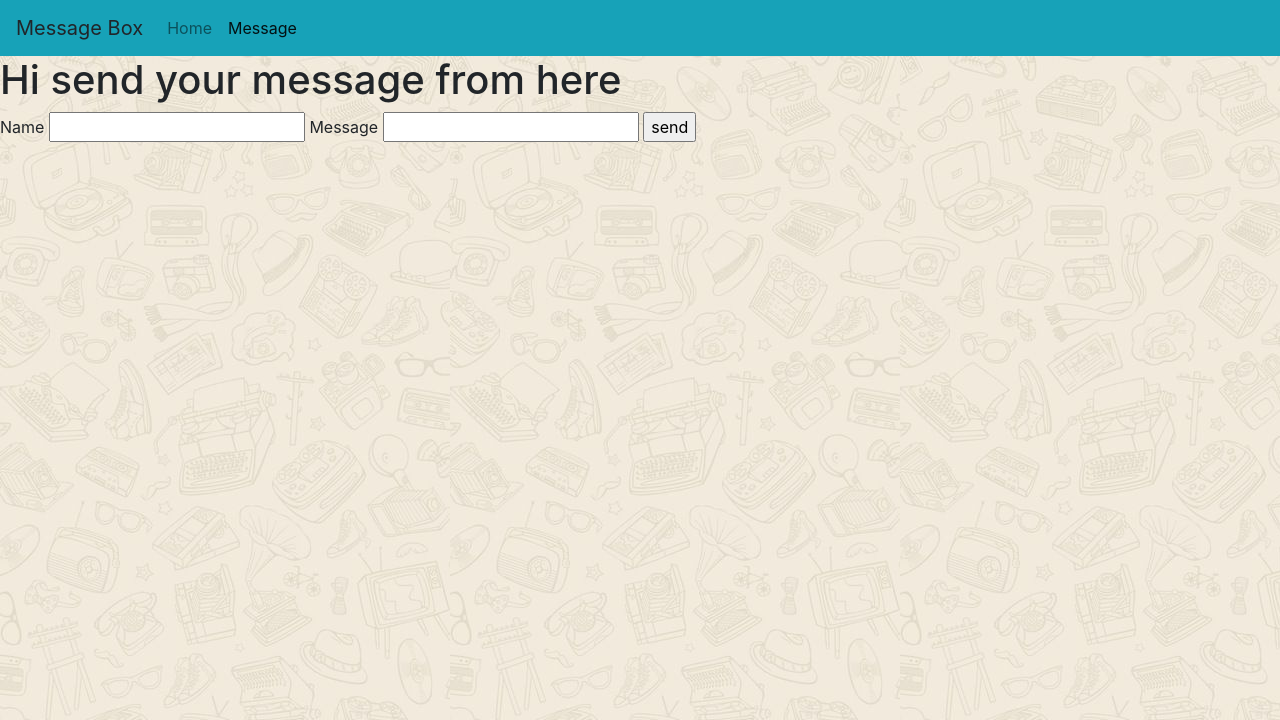
Repository: 05Mohammedismail/xworkz--Advance-Java
Page: Sep08_Servlets(HTML content as the HTTP response)/src/main/webapp/message.html
These files come from the project's save history. The page is drawn as it stood at one moment and after the next save; the edit follows.
The browser window is 1280 px wide. The pictures show the whole page.

Above is the page before, as saved 2023-09-10 20:03:19.

After the next save:
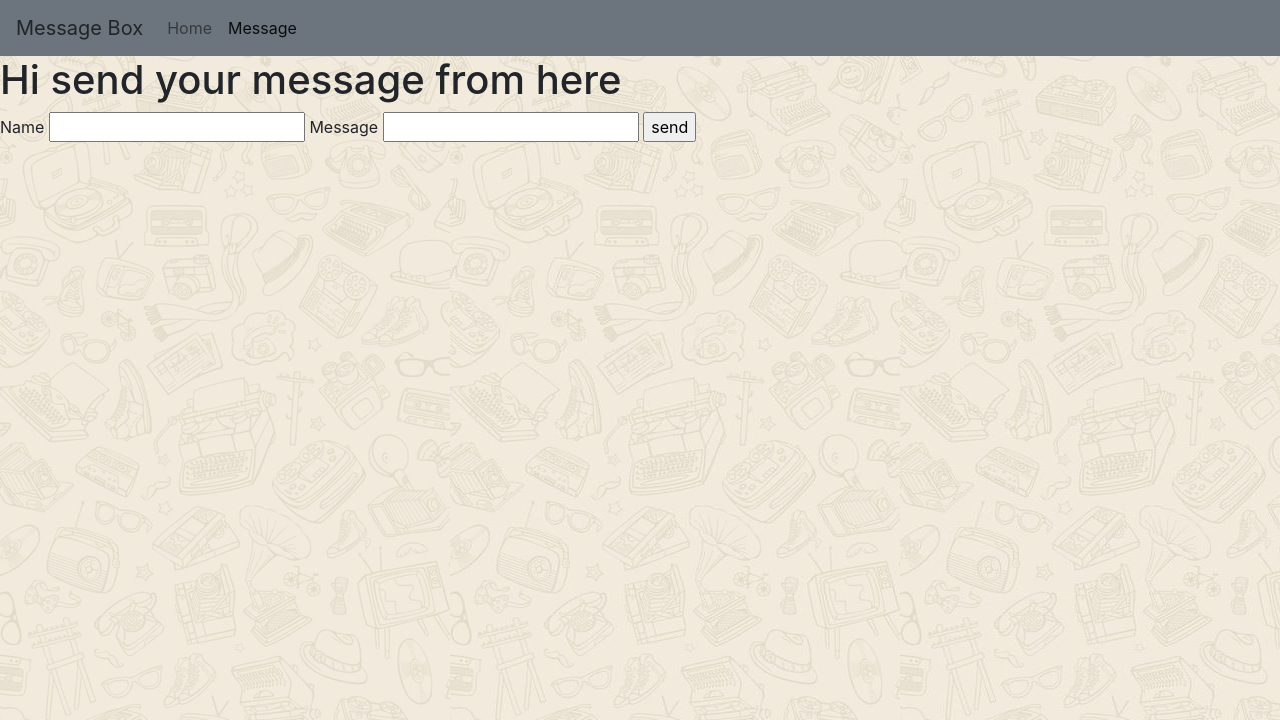
Saved 74 s later.
--- a/Sep08_Servlets(HTML content as the HTTP response)/src/main/webapp/message.html
+++ b/Sep08_Servlets(HTML content as the HTTP response)/src/main/webapp/message.html
@@ -13,7 +13,7 @@ background-attachment: fixed;
 </style>
 </head>
 <body>
-<nav class="navbar navbar-expand-lg navbar-light bg-info">
+<nav class="navbar navbar-expand-lg navbar-light bg-secondary">
   <a class="navbar-brand">Message Box</a>
   <button class="navbar-toggler" type="button" data-toggle="collapse" data-target="#navbarNav" aria-controls="navbarNav" aria-expanded="false" aria-label="Toggle navigation">
     <span class="navbar-toggler-icon"></span>
